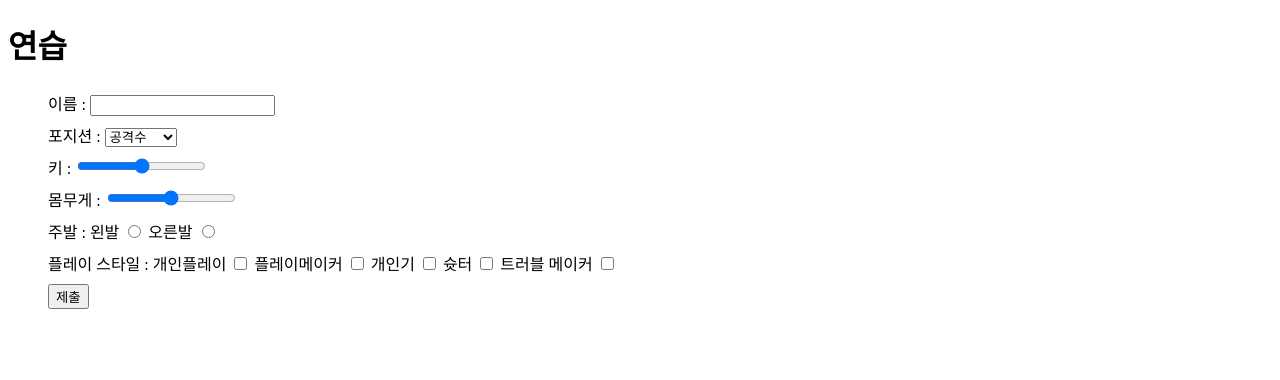
Repository: Simyoungdo04/dynamic-workspace
Page: FirstProject/src/main/webapp/views/practice.html
These files come from the project's save history. The page is drawn as it stood at one moment and after the next save; the edit follows.
The browser window is 1280 px wide. The pictures show the whole page.

Above is the page before, as saved 2026-05-04 08:45:59.

### FirstProject/src/main/webapp/views/practice.html
<!DOCTYPE html>
<html>
<head>
<meta charset="UTF-8">
<title>Insert title here</title>
<style>
	ul{
		list-style: none;
		line-height: 200%;
	}
</style>
</head>
<body>
	<h1>연습</h1>
	<form method="get" action="http://localhost:8088/first/practice.do">
		<ul>
			<li>
				이름 : <input type="text" name="name"/>
			</li>
			<li>
				포지션 :
				<select name="position">
					<option>공격수</option>
					<option>미드필더</option>
					<option>수비수</option>
				</select>
			</li>
			<li>
				키 : <input type="range" min="160" max="210" name="height"/>
			</li>
			<li>
				몸무게 : <input type="range" min="50" max="120" name="weight"/>
			</li>
			<li>
				주발 :
				왼발 <input type="radio" name="leftFoot"/>
				오른발 <input type="radio" name="rightFoot"/>
			</li>
			<li>
				플레이 스타일 :
				개인플레이 <input type="checkbox" name="playStyle"/>
				플레이메이커 <input type="checkbox" name="playStyle"/>
				개인기 <input type="checkbox" name="playStyle"/>
				슛터 <input type="checkbox" name="playStyle"/>
				트러블 메이커 <input type="checkbox" name="playStyle"/>
			</li>
			<li>

			</li>
			<li>

			</li>
			<li>

			</li>
			<li>
				<button type="submit">제출</button>
			</li>
		</ul>
	</form>
</body>
</html>

After the next save:
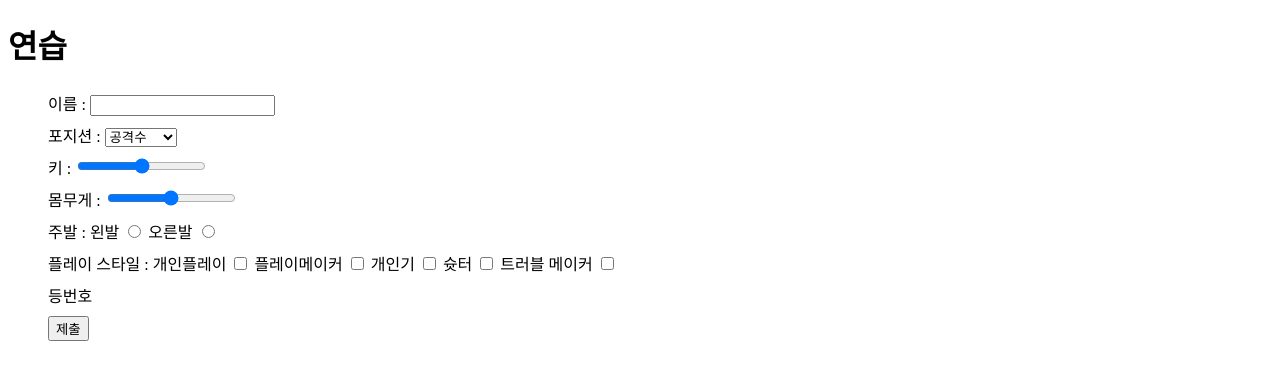
Saved 21 s later.
--- a/FirstProject/src/main/webapp/views/practice.html
+++ b/FirstProject/src/main/webapp/views/practice.html
@@ -45,7 +45,7 @@
 				트러블 메이커 <input type="checkbox" name="playStyle"/>
 			</li>
 			<li>
-
+				등번호
 			</li>
 			<li>
 
